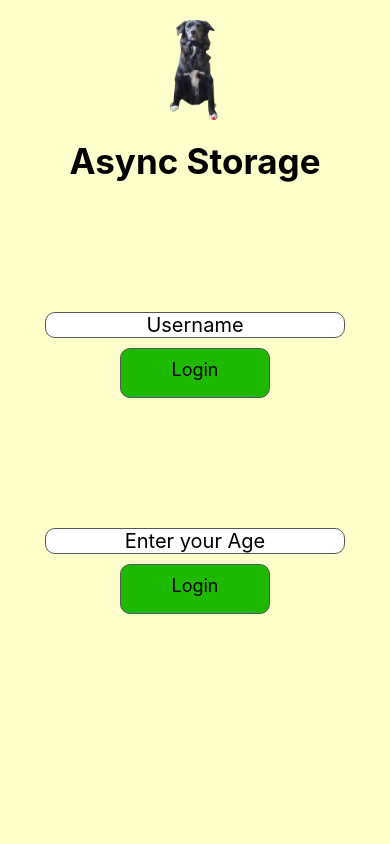
Repository: Curraje/scatter-seed-app
Screen: /
An editor plug-in stored every save of this project. The screen is shown before and after the next save, followed by the edit.
The app was drawn by React Native's web renderer in a window 390 px wide. The project was rebuilt for these pictures with package versions that can differ from the ones it lists, and the page was loaded fresh each time. Some packages were replaced by stand-ins written for this rebuild. Also part of the build but not shown: src/screens/Home.tsx.

Above is the screen before, as saved 2022-03-06 14:33:34.

After the next save:
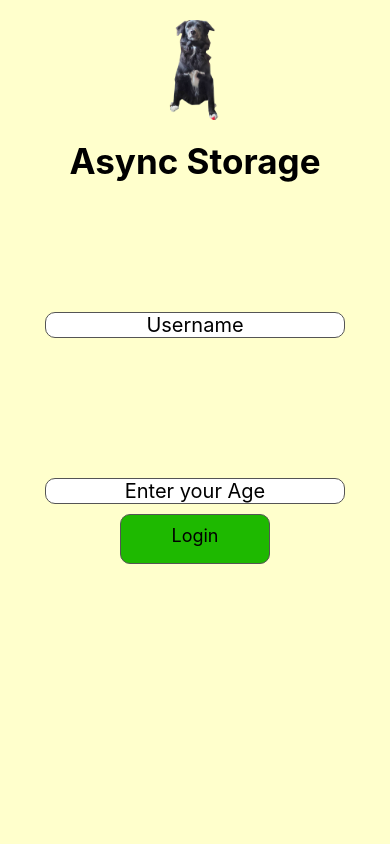
Saved 5 s later.
--- a/src/screens/Login.tsx
+++ b/src/screens/Login.tsx
@@ -54,12 +54,6 @@ export default function Login({ navigation }: any) {
         placeholder="Username"
         onChangeText={(value) => setName(value)}
       />
-      <CustomButton
-        title="Login"
-        regular_color="#1eb900"
-        pressed_color="#1eb999"
-        onPressFunction={setData}
-      />
       <TextInput
         style={styles.loginInput}
         placeholder="Enter your Age"
